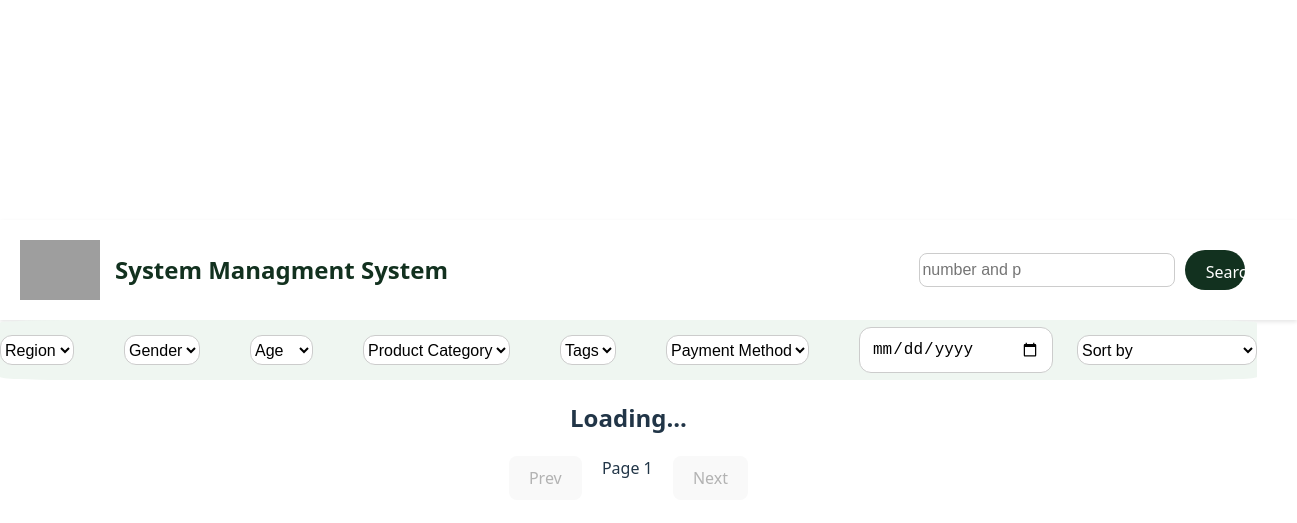
Repository: SandeepYadav18717/TruEstae
Page: / (app in TruEstae/)
These files come from the project's save history. The page is drawn as it stood at one moment and after a run of saves; the edit follows.
The browser window is 1280 px wide. The page is 1297 px wide, then 1280 px, then 1297 px, so the pictures cover 1297 px, including what lies to the right of the window. The pictures show the whole page.
Pictures or frames that could not be fetched are drawn as grey boxes. The page's requests for data from a server got no answer. The project was rebuilt for these pictures with package versions that can differ from the ones it lists, and the page was loaded fresh each time. No one was signed in, and anything a server would have sent is missing. Also part of the build but not shown: TruEstae/vite.config.js, TruEstae/src/App.css.

Above is the page before, as saved 2025-12-09 04:15:50.

After the next 2 saves:
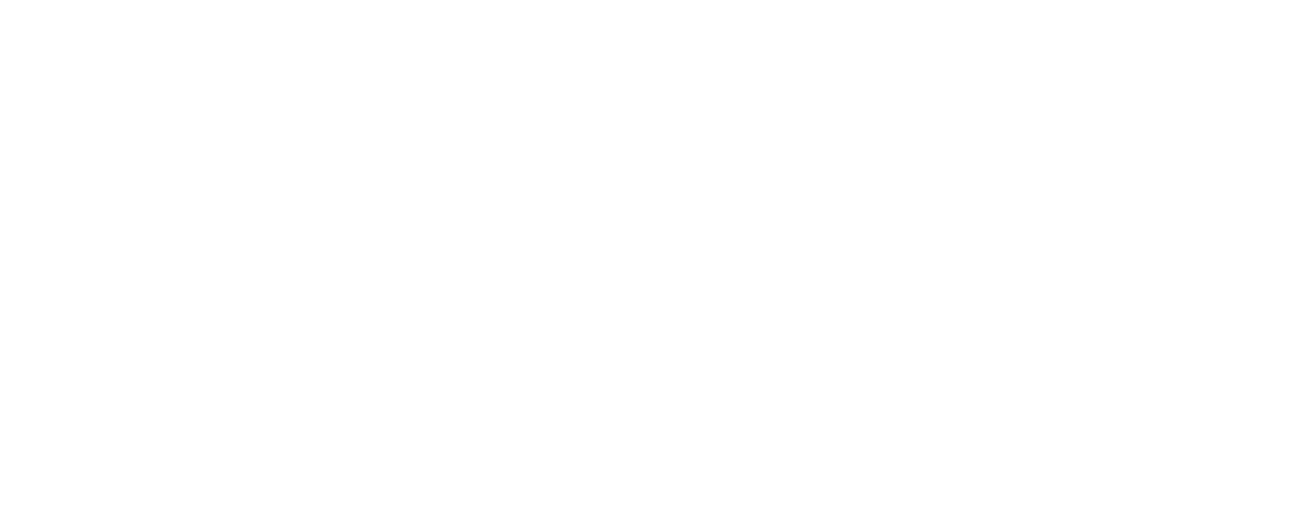
Console error: ReferenceError: row is not defined
The 2 saves are shown as one change because they came seconds apart.
The last was saved 52 s later.
--- a/TruEstae/src/Pages/Home.jsx
+++ b/TruEstae/src/Pages/Home.jsx
@@ -95,6 +95,24 @@
         <div id="Tags">
           <select id="tags" onChange={Page}>
             <option hidden>Tags</option>
+            <td>
+  {row["Tags"]?.split(",").map((tag, i) => (
+    <span
+      key={i}
+      style={{
+        padding: "3px 8px",
+        margin: "3px",
+        background: "#e7f0ff",
+        borderRadius: "8px",
+        display: "inline-block",
+        fontSize: "12px"
+      }}
+    >
+      {tag.trim()}
+    </span>
+  ))}
+</td>
+
           </select>
         </div>
 

After the save that followed:
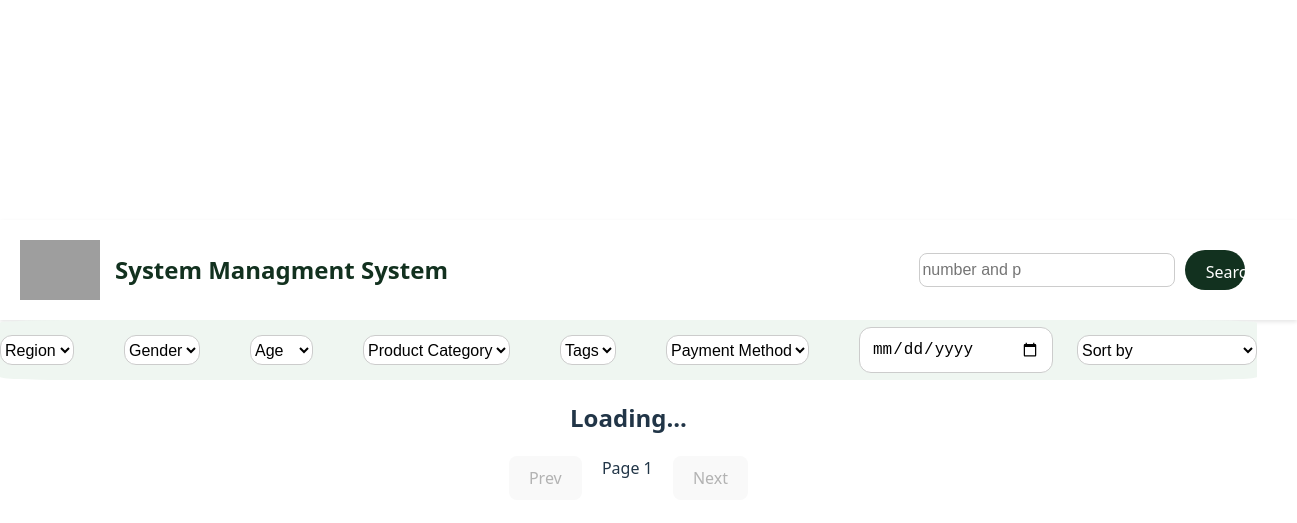
The error is gone.
Saved 23 s later.
--- a/TruEstae/src/Pages/Home.jsx
+++ b/TruEstae/src/Pages/Home.jsx
@@ -95,23 +95,6 @@
         <div id="Tags">
           <select id="tags" onChange={Page}>
             <option hidden>Tags</option>
-            <td>
-  {row["Tags"]?.split(",").map((tag, i) => (
-    <span
-      key={i}
-      style={{
-        padding: "3px 8px",
-        margin: "3px",
-        background: "#e7f0ff",
-        borderRadius: "8px",
-        display: "inline-block",
-        fontSize: "12px"
-      }}
-    >
-      {tag.trim()}
-    </span>
-  ))}
-</td>
 
           </select>
         </div>
